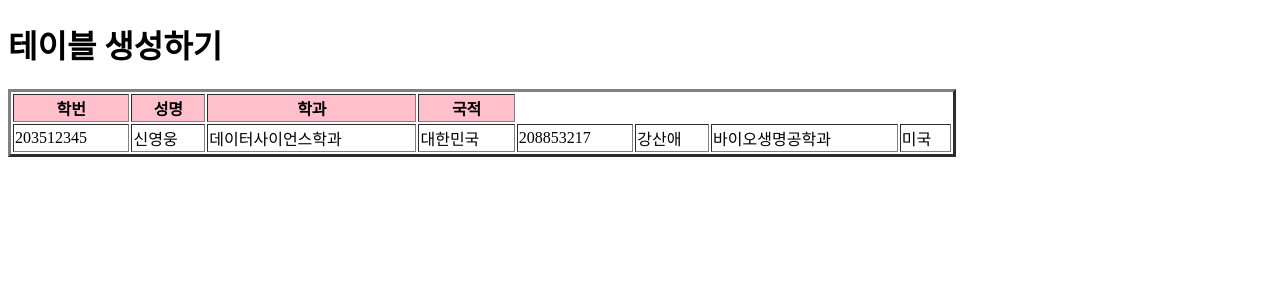
Repository: parkgyutaee/My_JAVA_Project
Page: http://localhost/JSPStudy/test2.jsp
These files come from the project's save history. The page is drawn as it stood at one moment and after the next save; the edit follows.
The browser window is 1280 px wide. The pictures show the whole page.
The page is served by Tomcat 9.

Above is the page before, as saved 2025-07-09 07:23:31.

After the next save:
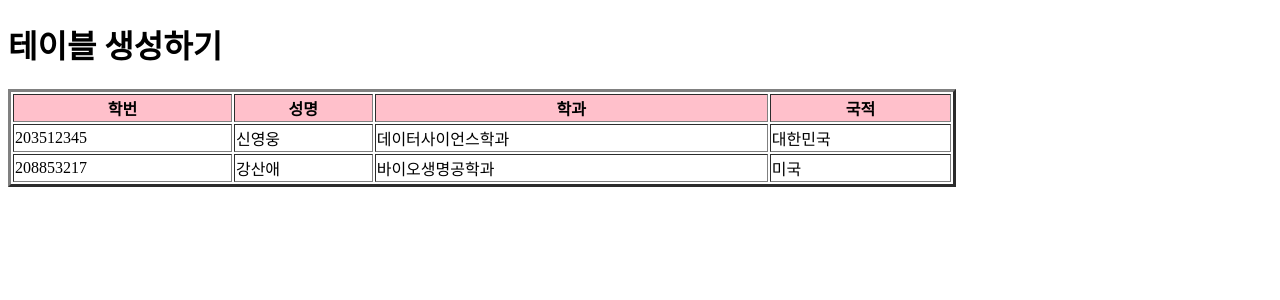
Saved 66 s later.
--- a/Workspace/JSPStudy/src/main/webapp/test2.jsp
+++ b/Workspace/JSPStudy/src/main/webapp/test2.jsp
@@ -14,7 +14,10 @@
   </tr>
  <tr>
     <td>203512345</td> <td>신영웅</td><td>데이터사이언스학과</td><td>대한민국</td>
-    <td>208853217</td> <td>강산애</td><td>바이오생명공학과</td><td>미국</td>
+
+  </tr>
+  <tr>
+      <td>208853217</td> <td>강산애</td><td>바이오생명공학과</td><td>미국</td>
   </tr>
 </table>
 
